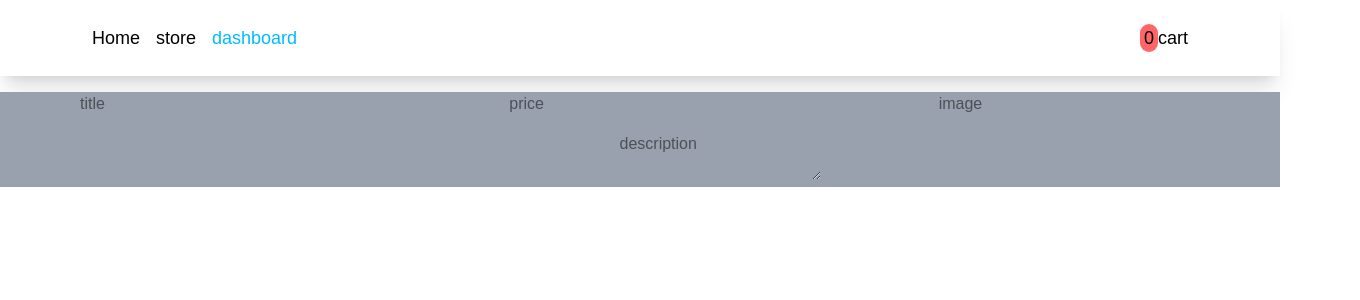
Repository: Rohullah-Noori/Nextjs-online-shop
Page: /dashboard
The author's editor kept a copy of each file at every save. The page is drawn from the files as they stood at one save, then again after a run of saves.
The browser window is 1280 px wide. The page is 1360 px wide, so the pictures cover 1360 px, including what lies to the right of the window. The pictures show the whole page.
The project was rebuilt for these pictures with package versions that can differ from the ones it lists, and the page was loaded fresh each time. The framework's server and built-in components were replaced by stand-ins that run in the browser. Also part of the build but not shown: next.config.ts.

Above is the page before, as saved 2025-05-28 10:40:14.

### src/app/dashboard/page.tsx
import React from "react";
import Container from "../components/Container";

export default function Dashboard() {
  return (
    <div className="bg-gray-400 text-center">
      <Container>
        <div className="grid grid-cols-3 gap-2 mt-2 mb-4 ">
          <input type="text" placeholder="title" />
          <input type="text" placeholder="price" />
          <input type="text" placeholder="image" />
        </div>
        <textarea placeholder="description"></textarea>
      </Container>
    </div>
  );
}

### src/app/components/Layout.tsx
import React from "react";
import Navbar from "./Navbar";

interface IlayoutProps {
  children: React.ReactNode;
}

export default function Layout({ children }: IlayoutProps) {
  return (
    <div>
      <Navbar />
      {children}
    </div>
  );
}

### src/app/context/page.tsx
"use client";
import React, { createContext, useContext, useEffect, useState } from "react";
import { json } from "stream/consumers";

type IshopContextProps = {
  children: React.ReactNode;
};

type cartItems = {
  id: number;
  qty: number;
};

type TshopingContext = {
  cart: cartItems[];
  HandleincreasetoCard: (id: number) => void;
  getProductqty: (id: number) => number;
  totalitemsqty: number;
  handledecreasetoCard: (id: number) => void;
  RemovehandleSubmit: (id: number) => void;
};

const shopingContext = createContext({} as TshopingContext);

export const useShopingContextCustim = () => {
  return useContext(shopingContext);
};

export default function ConextShop({ children }: IshopContextProps) {
  const [cart, setCart] = useState<cartItems[]>([]);

  const getProductqty = (id: number) => {
    return cart.find((item) => item.id == id)?.qty ?? 0;
  };

  const totalitemsqty = cart.reduce((totalgqty, item) => {
    return totalgqty + item.qty;
  }, 0);

  const HandleincreasetoCard = (id: number) => {
    setCart((prev) => {
      const isnotExist = prev.find((item) => item.id === id) == null;
      if (isnotExist) {
        return [...prev, { id: id, qty: 1 }];
      } else {
        return prev.map((item) => {
          if (item.id == id) {
            return { ...item, qty: item.qty + 1 };
          } else {
            return item;
          }
        });
      }
    });
  };

  const handledecreasetoCard = (id: number) => {
    setCart((prev) => {
      const islastOne = prev.find((item) => item.id == id)?.qty == 1;
      if (islastOne) {
        return prev.filter((item) => item.id != id);
      } else {
        return prev.map((item) => {
          if (item.id == id) {
            return {
              ...item,
              qty: item.qty - 1,
            };
          } else {
            return item;
          }
        });
      }
    });
  };

  const RemovehandleSubmit = (id: number) => {
    setCart((prev) => {
      return prev.filter((item) => item.id != id);
    });
  };

  useEffect(() => {
    const StoredCards = localStorage.getItem("cart");
    if (StoredCards) {
      try {
        setCart(JSON.parse(StoredCards));
      } catch (error) {
        console.error("Failed to parse stored cart data:", error);
        setCart([]);
      }
    }
  }, []);

  useEffect(() => {
    localStorage.setItem("cart", JSON.stringify(cart));
  }, [cart]);

  return (
    <shopingContext.Provider
      value={{
        cart,
        HandleincreasetoCard,
        getProductqty,
        totalitemsqty,
        handledecreasetoCard,
        RemovehandleSubmit,
      }}
    >
      {children}
    </shopingContext.Provider>
  );
}

### src/app/components/Container.tsx
import React from "react";
interface IContainerProps {
  children: React.ReactNode;
}

export default function Container({ children }: IContainerProps) {
  return <div className="container mx-20">{children}</div>;
}

### src/app/components/Navbar.tsx
"use client";
import Link from "next/link";
import { usePathname } from "next/navigation";

import React from "react";
import Container from "./Container";
import { useShopingContextCustim } from "../context/page";

export default function Navbar() {
  const { totalitemsqty } = useShopingContextCustim();
  const pathname = usePathname();
  const navlinks = [
    {
      title: "Home",
      href: "/",
    },
    {
      title: "store",
      href: "/store",
    },
    {
      title: "dashboard",
      href: "/dashboard",
    },
  ];

  return (
    <nav className="  flex p-3 mb-4 text-lg  shadow-xl  ">
      <Container>
        <div className="flex justify-between my-3 ">
          <div>
            {navlinks.map((item) => (
              <Link
                key={item.href}
                className={`mr-4 ${
                  pathname === item.href ? "text-sky-400" : ""
                }`}
                href={item.href}
              >
                {item.title}
              </Link>
            ))}
          </div>
          <div>
            <span className="bg-red-400 rounded-4xl p-1">{totalitemsqty}</span>
            <Link href="/cart">cart</Link>
          </div>
        </div>
      </Container>
    </nav>
  );
}

Loaded but not shown: src/app/layout.tsx (common file); src/app/globals.css (common file)

After the next 2 saves:
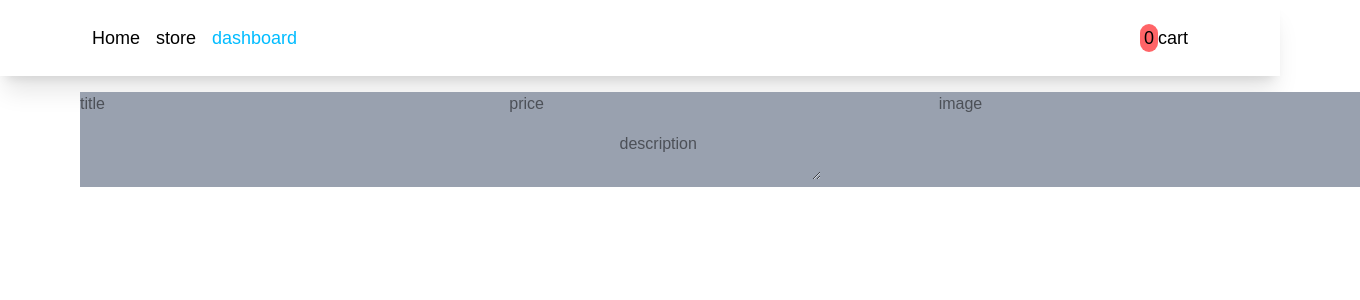
The 2 saves are shown as one change because 1 did not build or start.
The last was saved 40 s later.
--- a/src/app/dashboard/page.tsx
+++ b/src/app/dashboard/page.tsx
@@ -3,15 +3,15 @@
 
 export default function Dashboard() {
   return (
-    <div className="bg-gray-400 text-center">
-      <Container>
-        <div className="grid grid-cols-3 gap-2 mt-2 mb-4 ">
+    <Container>
+      <div className="bg-gray-400 text-center">
+        <div className="grid grid-cols-3 gap-2 mt-2 mb-4  ">
           <input type="text" placeholder="title" />
           <input type="text" placeholder="price" />
           <input type="text" placeholder="image" />
         </div>
         <textarea placeholder="description"></textarea>
-      </Container>
-    </div>
+      </div>
+    </Container>
   );
 }

After the save that followed:
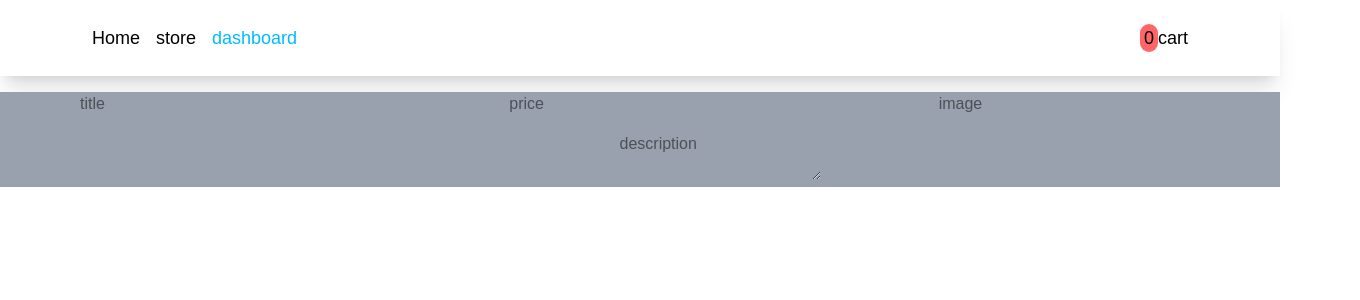
Saved 15 s later.
--- a/src/app/dashboard/page.tsx
+++ b/src/app/dashboard/page.tsx
@@ -3,15 +3,15 @@
 
 export default function Dashboard() {
   return (
-    <Container>
-      <div className="bg-gray-400 text-center">
-        <div className="grid grid-cols-3 gap-2 mt-2 mb-4  ">
+    <div className="bg-gray-400 text-center">
+      <Container>
+        <div className="grid grid-cols-3 gap-2 mt-2 mb-4 ">
           <input type="text" placeholder="title" />
           <input type="text" placeholder="price" />
           <input type="text" placeholder="image" />
         </div>
         <textarea placeholder="description"></textarea>
-      </div>
-    </Container>
+      </Container>
+    </div>
   );
 }
